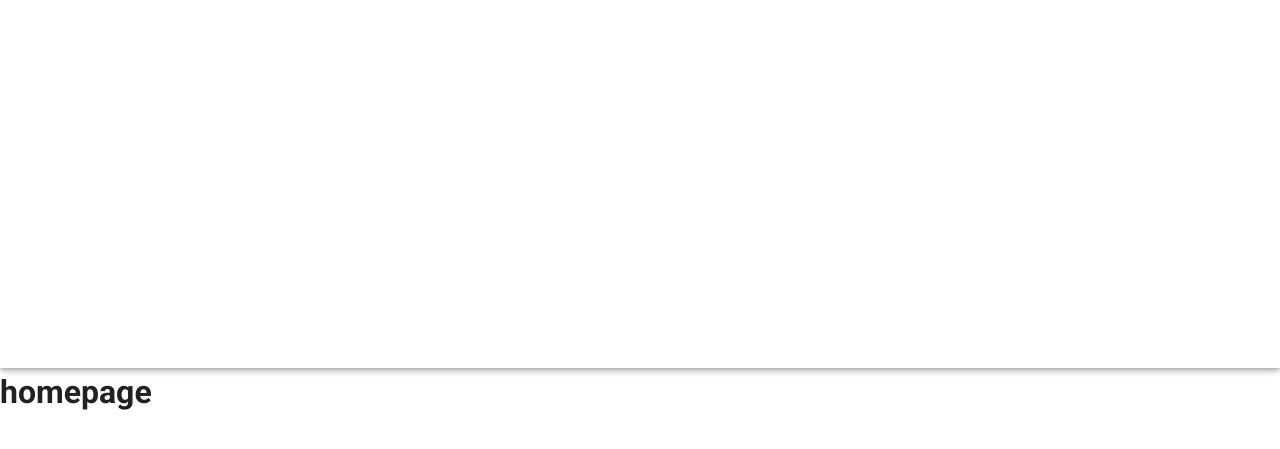
Repository: Morne-Dev/todo-ninjas
Page: /
These files come from the project's save history. The page is drawn as it stood at one moment and after the next save; the edit follows.
The browser window is 1280 px wide. The pictures show the whole page.
The project was rebuilt for these pictures with package versions that can differ from the ones it lists, and the page was loaded fresh each time. Also part of the build but not shown: vue.config.js.

Above is the page before, as saved 2023-11-22 08:09:22.

After the next save:
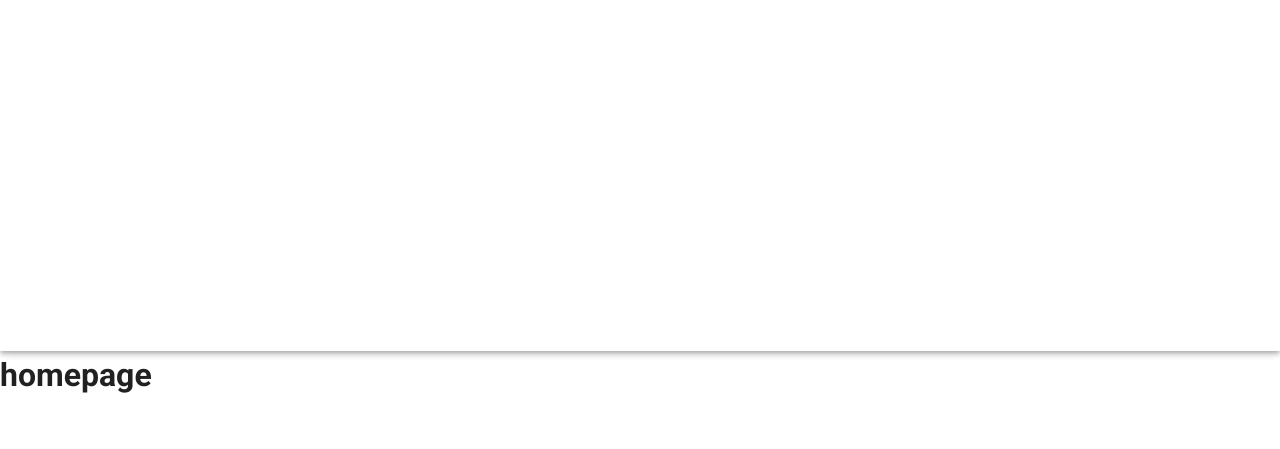
Saved 27 s later.
--- a/src/components/Navbar.vue
+++ b/src/components/Navbar.vue
@@ -1,5 +1,5 @@
 <template>
-    <v-toolbar>
+    <v-toolbar height="30px">
 
     </v-toolbar>
 </template>
